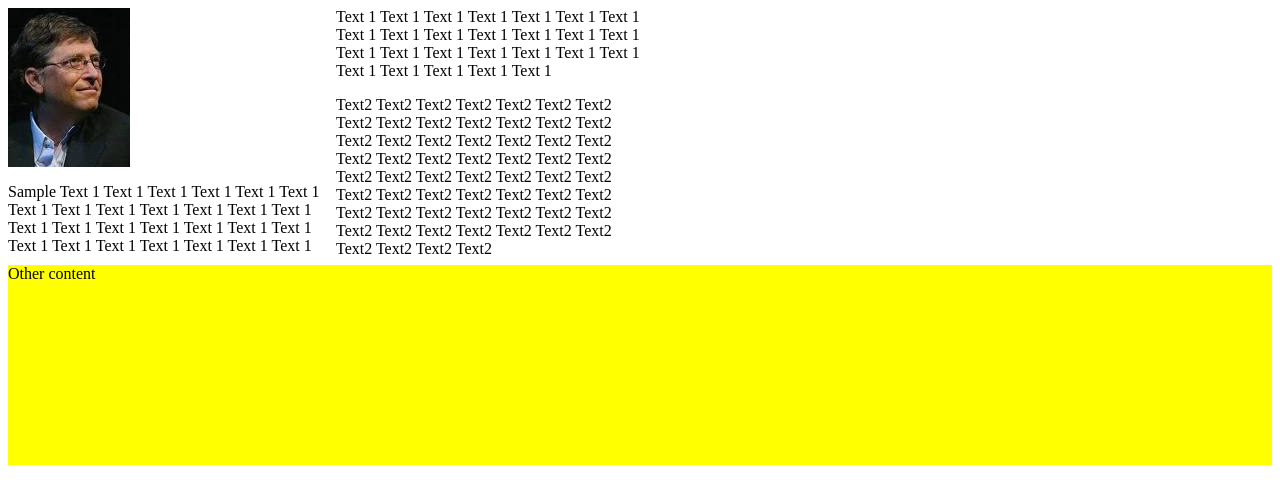
Repository: lixinso/html5
Page: workspace/CSS3/WebContent/layout/layout_box_layout.html
The author's editor kept a copy of each file at every save. The page is drawn from the files as they stood at one save, then again after the next save.
The browser window is 1280 px wide. The pictures show the whole page.

Above is the page before, as saved 2011-05-28 16:06:22.

After the next save:
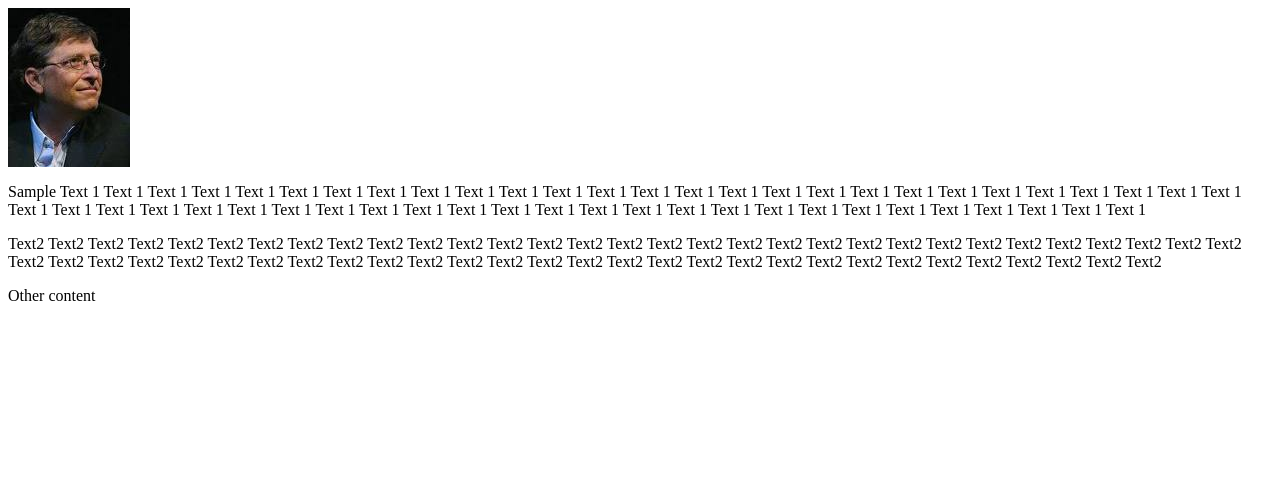
Saved 4 min 50 s later.
--- a/workspace/CSS3/WebContent/layout/layout_box_layout.html
+++ b/workspace/CSS3/WebContent/layout/layout_box_layout.html
@@ -5,15 +5,9 @@
 <meta http-equiv="Content-Type" content="text/html; charset=UTF-8" />
 <title>Insert title here</title>
 <style type="text/css">
-	div#div1{
-		width:40em;
-		-webkit-column-count: 2;
-	}
-	div#div3{
-		width:100%;
-		background-color:yellow;
-		height:200px;
-	}
+
+
+
 </style>
 </head>
 <body>
